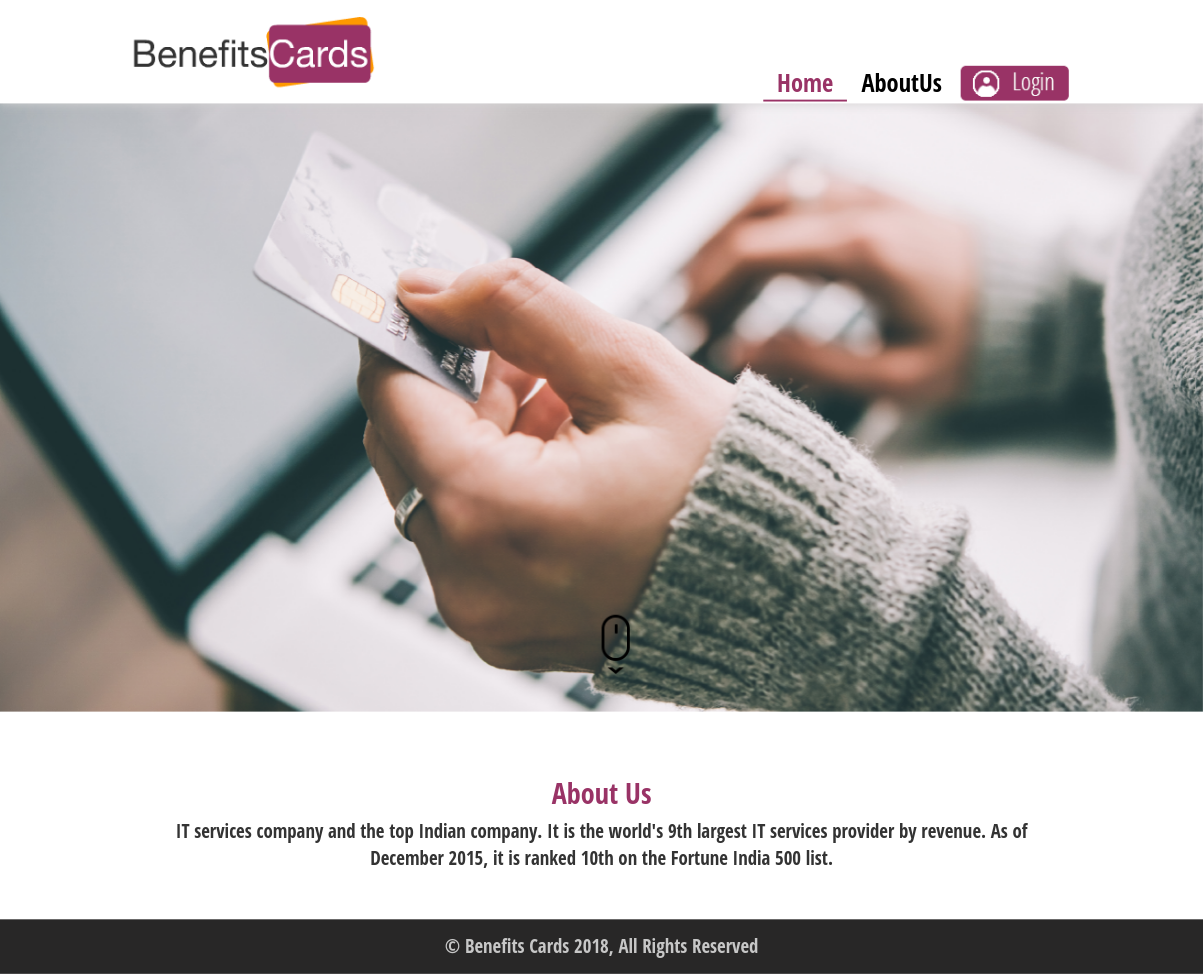
Repository: intkhabahmed/AcceleratedBootcampWebsites
Page: http://localhost/BenefitsCards/UI/index.jsp
These files come from the project's save history. The page is drawn as it stood at one moment and after the next save; the edit follows.
The browser window is 1280 px wide. The pictures show the whole page, at 94% of full size.
Some web fonts or font styles are not loaded; a fallback is used. The page is served by Tomcat 9. Nobody is signed in. The application's start-up code is not run.

Above is the page before, as saved 2018-01-31 06:22:22.

After the next save:
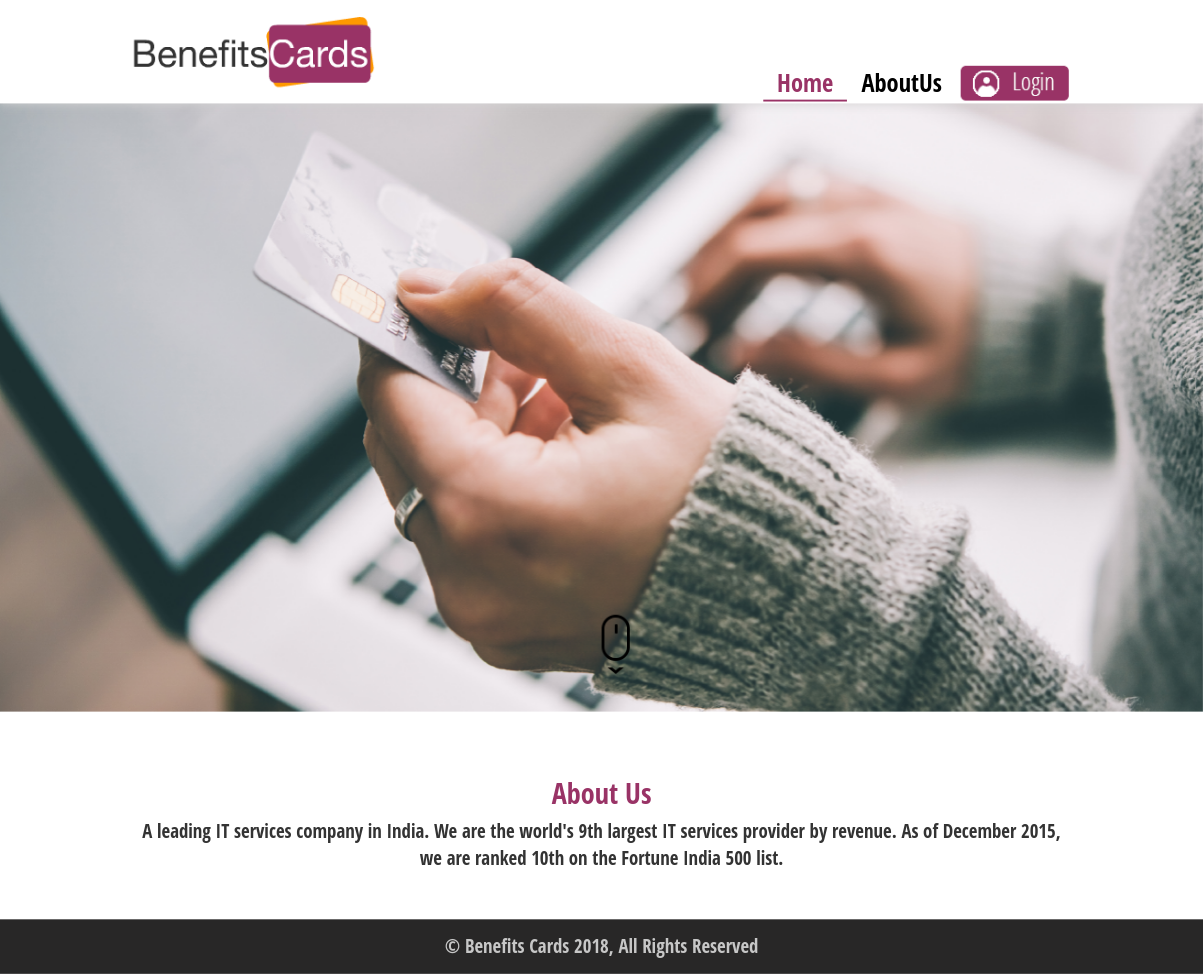
Saved 14 min 43 s later.
--- a/BenefitsCards/WebContent/UI/index.jsp
+++ b/BenefitsCards/WebContent/UI/index.jsp
@@ -40,10 +40,9 @@
 		<div class="row">
 			<div id="aboutus">
 				<h2 align="center">About Us</h2>
-				<p align="center">IT services company and the top Indian
-					company. It is the world's 9th largest IT services provider by
-					revenue. As of December 2015, it is ranked 10th on the Fortune
-					India 500 list.</p>
+				<p align="center">A leading IT services company in India. We are
+					the world's 9th largest IT services provider by revenue. As of
+					December 2015, we are ranked 10th on the Fortune India 500 list.</p>
 			</div>
 			<!--end aboutus-->
 		</div>
@@ -52,8 +51,7 @@
 	<!--end container-->
 	<div id="footer">
 		<footer>
-			<p align="center">&copy; Benefits Cards 2018, All Rights
-				Reserved</p>
+			<p align="center">&copy; Benefits Cards 2018, All Rights Reserved</p>
 		</footer>
 	</div>
 	<div class="overlay" title="click to close"></div>
@@ -69,8 +67,10 @@
 
 			</div>
 			<div class="form-group">
-				<h4><a href="#" class="pull-left">Forgot Password?</a></h4> <input
-					type="submit" name="login_btn" id="login_btn" value="Login"
+				<h4>
+					<a href="#" class="pull-left">Forgot Password?</a>
+				</h4>
+				<input type="submit" name="login_btn" id="login_btn" value="Login"
 					class="pull-right btn btn-default" />
 			</div>
 		</form>
@@ -82,8 +82,9 @@
 			<div class="form-group">
 				<label class="form-label" for="receiver">Choose Company</label> <br>
 				<input type="radio" name="receiver" required="required"
-					value="BeneesFradia" /> BeneesFradia &nbsp;&nbsp;
-					<input type="radio" name="receiver" value="QuickgunHeadley"/> QuickgunHeadley <br>
+					value="BeneesFradia" /> BeneesFradia &nbsp;&nbsp; <input
+					type="radio" name="receiver" value="QuickgunHeadley" />
+				QuickgunHeadley <br>
 			</div>
 			<div class="form-group">
 				<textarea rows="4" class="form-control"
